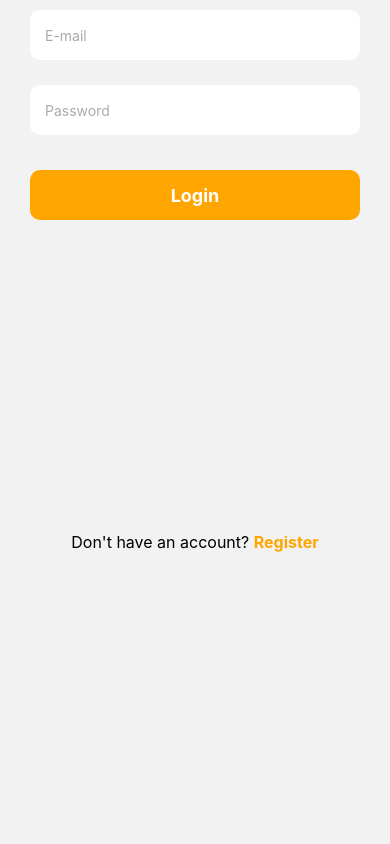
Repository: ds-mbappe/UpShoCal
Screen: /
An editor plug-in stored every save of this project. The screen is shown before and after the next save, followed by the edit.
The app was drawn by React Native's web renderer in a window 390 px wide. The project was rebuilt for these pictures with package versions that can differ from the ones it lists, and the page was loaded fresh each time. Also part of the build but not shown: data.js, Screens/Home.js, Screens/Product.js, Screens/Registration.js.

Above is the screen before, as saved 2022-06-07 13:43:47.

### App.js
import React, { useEffect, useState } from "react";
import { NavigationContainer } from "@react-navigation/native";
import { createNativeStackNavigator } from "@react-navigation/native-stack";
import { createDrawerNavigator } from "@react-navigation/drawer";
import Home from "./Screens/Home";
import Product from "./Screens/Product";
import Login from "./Screens/Login";
import Registration from "./Screens/Registration";

const Stack = createNativeStackNavigator();
const Drawer = createDrawerNavigator();

const Root = () => {
  return (
    <Stack.Navigator initialRouteName="Home">
      <Stack.Screen
        name="Root"
        component={Home}
        options={{ headerShown: false }}
      />
      <Stack.Screen
        name="Product"
        component={Product}
        options={{ headerShown: false }}
      />
    </Stack.Navigator>
  );
};

export default function App() {
  const [loading, setLoading] = useState(true);

  const [user, setUser] = useState(null);

  return (
    <NavigationContainer>
      <Stack.Navigator>
        {user ? (
          <Stack.Screen
            name="Root"
            component={Root}
            options={{ headerShown: false }}
          />
        ) : (
          <>
            <Stack.Screen
              name="Login"
              component={Login}
              options={{ headerShown: false }}
            />
            <Stack.Screen
              name="Registration"
              component={Registration}
              options={{ headerShown: false }}
            />
          </>
        )}
      </Stack.Navigator>
    </NavigationContainer>
    // <NavigationContainer>
    //   <Drawer.Navigator screenOptions={{ drawerPosition: "right" }}>
    //     <Drawer.Screen
    //       name="Home"
    //       component={Root}
    //       options={{ headerShown: false }}
    //     />
    //   </Drawer.Navigator>
    // </NavigationContainer>
  );
}

### Screens/Login.js
import {
  StyleSheet,
  Text,
  TextInput,
  TouchableOpacity,
  View,
  ScrollView,
} from "react-native";
import React, { useState } from "react";

const Login = ({ navigation }) => {
  const [email, setEmail] = useState("");

  const [password, setPassword] = useState("");

  const onFooterLinkPress = () => {
    navigation.navigate("Registration");
  };

  const onLoginPress = () => {
    console.log("Pressed");
  };

  return (
    <View style={styles.container}>
      <ScrollView
        style={{ flex: 1, width: "100%" }}
        contentContainerStyle={{ flexGrow: 1, justifyContent: "center" }}
      >
        <TextInput
          style={styles.input}
          placeholder="E-mail"
          placeholderTextColor="#AAAAAA"
          onChangeText={(text) => setEmail(text)}
          value={email}
          autoCapitalize="none"
        />
        <TextInput
          style={styles.input}
          placeholder="Password"
          placeholderTextColor="#AAAAAA"
          secureTextEntry={true}
          onChangeText={(text) => setPassword(text)}
          value={password}
          autoCapitalize="none"
        />
        <TouchableOpacity style={styles.button} onPress={() => onLoginPress()}>
          <Text style={styles.buttonTitle}>Login</Text>
        </TouchableOpacity>
        <View style={styles.footerView}>
          <Text style={styles.footerText}>
            Don't have an account?{" "}
            <Text style={styles.footerLink} onPress={onFooterLinkPress}>
              Register
            </Text>
          </Text>
        </View>
      </ScrollView>
    </View>
  );
};

export default Login;

const styles = StyleSheet.create({
  container: {
    flex: 1,
    justifyContent: "center",
    alignItems: "center",
  },
  input: {
    height: 50,
    borderRadius: 10,
    overflow: "hidden",
    backgroundColor: "white",
    marginTop: 10,
    marginBottom: 15,
    marginStart: 30,
    marginEnd: 30,
    paddingStart: 15,
  },
  button: {
    backgroundColor: "orange",
    marginStart: 30,
    marginEnd: 30,
    marginTop: 20,
    borderRadius: 10,
    height: 50,
    justifyContent: "center",
    alignItems: "center",
  },
  buttonTitle: {
    color: "white",
    fontSize: 18,
    fontWeight: "bold",
  },
  footerView: {
    flex: 1,
    justifyContent: "center",
    alignItems: "center",
    marginTop: 20,
  },
  footerText: {
    fontSize: 16,
    color: "black",
  },
  footerLink: {
    color: "orange",
    fontWeight: "bold",
    fontSize: 16,
  },
});

After the next save:
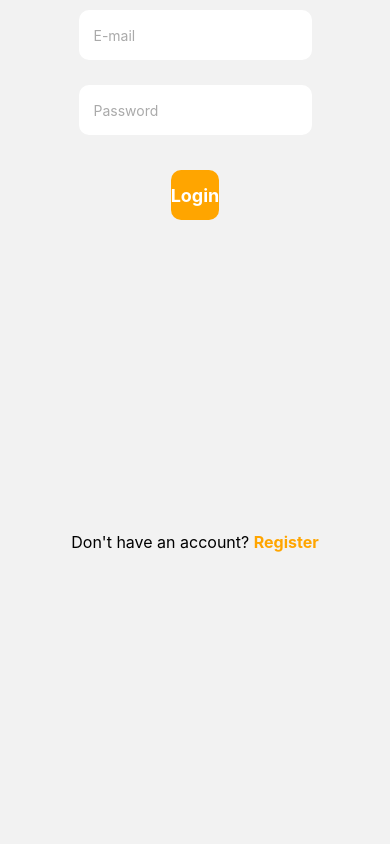
Saved 11 s later.
--- a/Screens/Login.js
+++ b/Screens/Login.js
@@ -22,11 +22,11 @@ const Login = ({ navigation }) => {
   };
 
   return (
-    <View style={styles.container}>
-      <ScrollView
-        style={{ flex: 1, width: "100%" }}
-        contentContainerStyle={{ flexGrow: 1, justifyContent: "center" }}
-      >
+    <ScrollView
+      style={{ flex: 1, width: "100%" }}
+      contentContainerStyle={{ flexGrow: 1, justifyContent: "center" }}
+    >
+      <View style={styles.container}>
         <TextInput
           style={styles.input}
           placeholder="E-mail"
@@ -55,8 +55,8 @@ const Login = ({ navigation }) => {
             </Text>
           </Text>
         </View>
-      </ScrollView>
-    </View>
+      </View>
+    </ScrollView>
   );
 };
 
